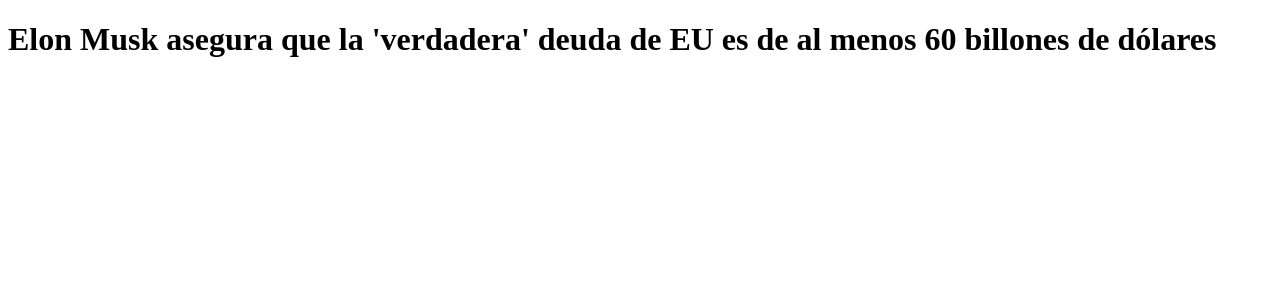
Repository: giovanabirck/lab-01-news
Page: /
These files come from the project's save history. The page is drawn as it stood at one moment and after the next save; the edit follows.
The browser window is 1280 px wide. The pictures show the whole page.
The project was rebuilt for these pictures with package versions that can differ from the ones it lists, and the page was loaded fresh each time. The framework's server and built-in components were replaced by stand-ins that run in the browser. Also part of the build but not shown: next.config.js, styles/globals.css.

Above is the page before, as saved 2023-09-17 20:27:20.

### pages/index.js
import Head from 'next/head'
import Image from 'next/image'

const news01 = {
  "title": "Elon Musk asegura que la 'verdadera' deuda de EU es de al menos 60 billones de dólares",
  "link": "https://www.milenio.com/negocios/elon-musk-deuda-eu-60-billones-dolares",
  "keywords": null,
  "creator": [
    "Milenio Digital"
  ],
  "video_url": null,
  "description": "El director ejecutivo de Tesla y SpaceX, Elon Musk, estimó que la deuda de Estados Unidos en tres veces mayor a su economía. ?La verdadera deuda nacional, incluidos los derechos no financiados, es de al menos 60 billones de dólares, aproximadamente tres veces el tamaño de toda la economía de los Estados Unidos. Algo tiene que ceder.?, señaló el multimillonario a través de su cuenta de Twitter.True national debt, including unfunded entitlements, is at least $60 trillion ? roughly three times the size of the entire US economy. Something has got to give.? Elon Musk (@elonmusk) February 11, 2022 Esto como parte de los comentarios en respuesta a una publicación del medio satírico The Babylon Bee, en donde señaló que supuestamente el presidente estadunidense, Joe Biden, planeaba pagar la deuda pública apostando ?doble o nada? en el equipo de futbol de los Cincinnati Bengals en el Super Bowl. Según el Departamento del Tesoro de Estados Unidos el total de la deuda de dicho país ya supera los 30 billones de dólares, dio a conocer el martes pasado.El endeudamiento del gobierno se aceleró durante la pandemia de covid-19, como parte del gasto del gobierno estadunidense para amortiguar el golpe económico de la crisis. La deuda pública se ha disparado en alrededor 7 billones desde finales de 2019.m{1861862}RM?",
  "content": null,
  "pubDate": "2022-02-14 05:05:43",
  "full_description": null,
  "image_url": "http://www.milenio.com/uploads/media/2022/02/13/elon-musk-estimo-deuda-unidos.jpeg",
  "source_id": "milenio",
  "country": [
    "mexico"
  ],
  "category": [
    "top"
  ],
  "language": "spanish"
}

export default function News() {
  return (
    <>
      <Head>
        <title>Lab 01</title>
        <link rel="icon" href="/favicon.ico" />
      </Head>

      <main>
        <div>
          <h1>{news01.title}</h1>
          <div></div>

        </div>
        {/* title news01.title */}
        {/* imagem news01.image_url*/}
        {/* link news01.link*/}
        {/* author news01.creator*/}
        {/* desc news01.description*/}
      </main>
    </>
  )
}

Loaded but not shown: pages/_app.js (common file); pages/_document.js (common file)

After the next save:
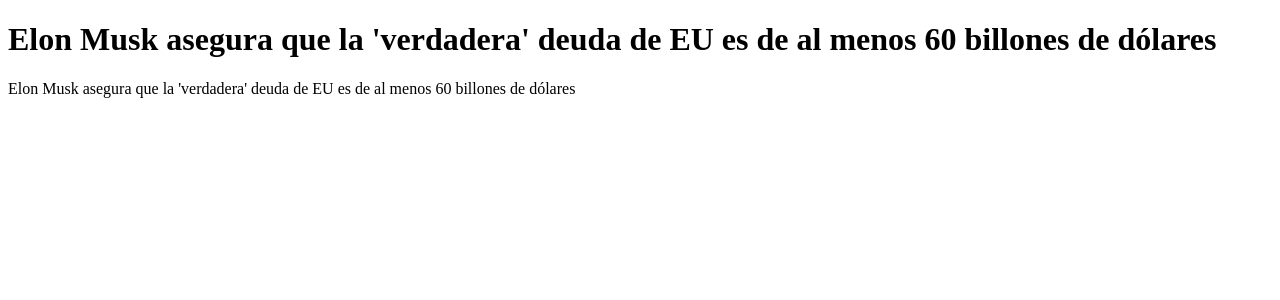
Saved 5 s later.
--- a/pages/index.js
+++ b/pages/index.js
@@ -35,7 +35,7 @@
       <main>
         <div>
           <h1>{news01.title}</h1>
-          <div></div>
+          <div>{news01.title}</div>
 
         </div>
         {/* title news01.title */}
